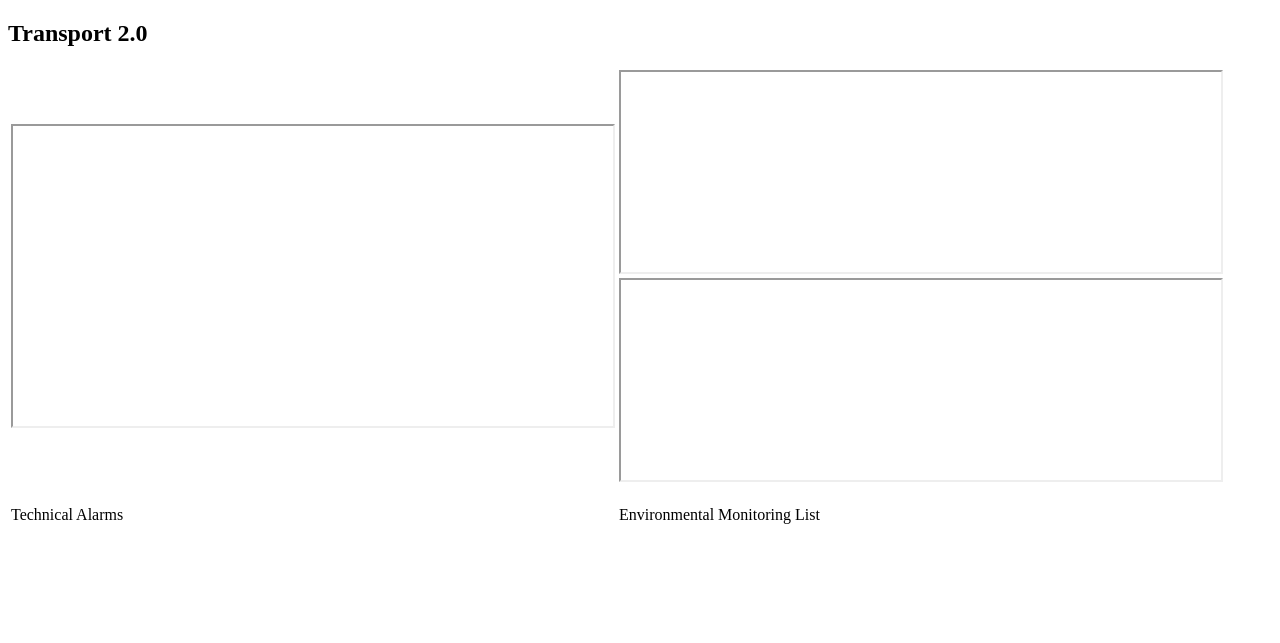
Repository: manjuladevadoss/DemoProject
Page: Eclipseworkspace/DemoPro/html/CCDisplay.html
The author's editor kept a copy of each file at every save. The page is drawn from the files as they stood at one save, then again after the next save.
The browser window is 1280 px wide. The pictures show the whole page.

Above is the page before, as saved 2019-02-19 10:11:10.

### Eclipseworkspace/DemoPro/html/CCDisplay.html
<!DOCTYPE html>
<html>
<head>
<link rel="stylesheet" href="https://cdnjs.cloudflare.com/ajax/libs/font-awesome/4.7.0/css/font-awesome.min.css">
</head>
<body>

<h2>Transport 2.0</h2>
<table width="100%">
<tr>
	<td>
   <iframe src="C:/Users/mdevadoss/workspace/DemoPro/html/incidentTbl.html"  width="600" height="300"></iframe>
 </td>
	<td>
	<iframe src="C:/Users/mdevadoss/workspace/DemoPro/html/columchart.html"  width="600" height="200"></iframe>
  <iframe src="C:/Users/mdevadoss/workspace/DemoPro/html/workOrderTbl.html"  width="600" height="200"></iframe>
  </td>
</tr>
<tr>
	<td>
    <p>Technical Alarms</p>
</td>
	<td>
    <p>Environmental Monitoring List</p>
 </td>
</tr>
</table>


</body>
</html>

After the next save:
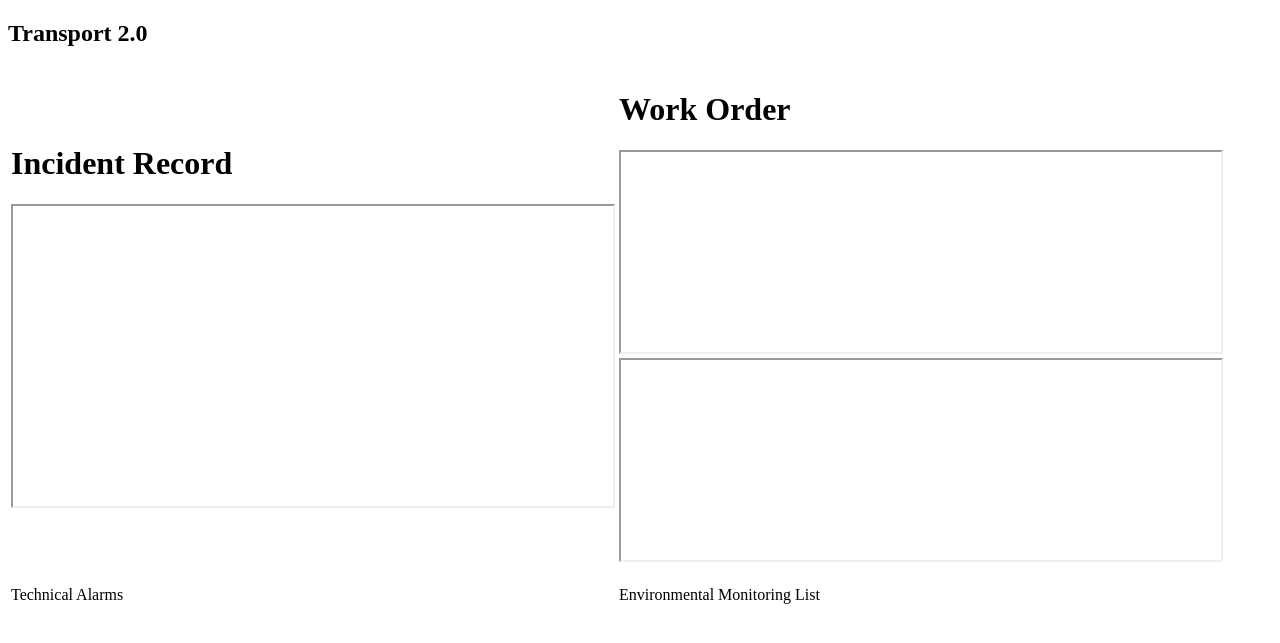
Saved 49 s later.
--- a/Eclipseworkspace/DemoPro/html/CCDisplay.html
+++ b/Eclipseworkspace/DemoPro/html/CCDisplay.html
@@ -8,10 +8,12 @@
 <h2>Transport 2.0</h2>
 <table width="100%">
 <tr>
-	<td>
+ <td>
+   <h1>Incident Record</h1>
    <iframe src="C:/Users/mdevadoss/workspace/DemoPro/html/incidentTbl.html"  width="600" height="300"></iframe>
  </td>
 	<td>
+	 <h1>Work Order</h1>
 	<iframe src="C:/Users/mdevadoss/workspace/DemoPro/html/columchart.html"  width="600" height="200"></iframe>
   <iframe src="C:/Users/mdevadoss/workspace/DemoPro/html/workOrderTbl.html"  width="600" height="200"></iframe>
   </td>
